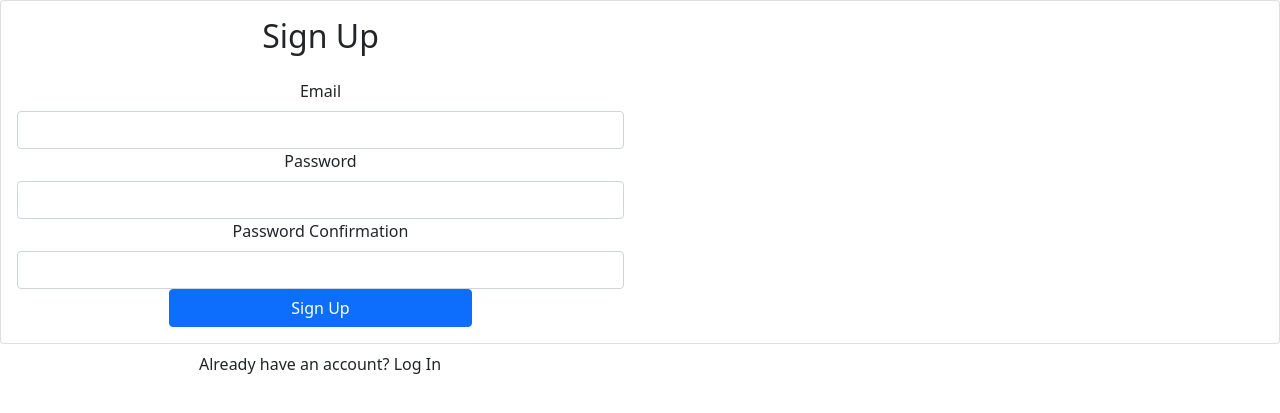
Repository: carinvid/reach-eshop
Page: /signup
An editor plug-in stored every save of this project. The page is shown before and after the next save, followed by the edit.
The browser window is 1280 px wide. The pictures show the whole page.
The page's requests for data from a server got no answer. The project was rebuilt for these pictures with package versions that can differ from the ones it lists, and the page was loaded fresh each time. No one was signed in, and anything a server would have sent is missing. Also part of the build but not shown: src/Header.css, src/Header.js, src/Home.css, src/Product.css, src/Product.js, src/Home.js, src/Checkout.css, src/CheckoutProduct.css and 7 more.

Above is the page before, as saved 2022-04-06 15:25:04.

After the next save:
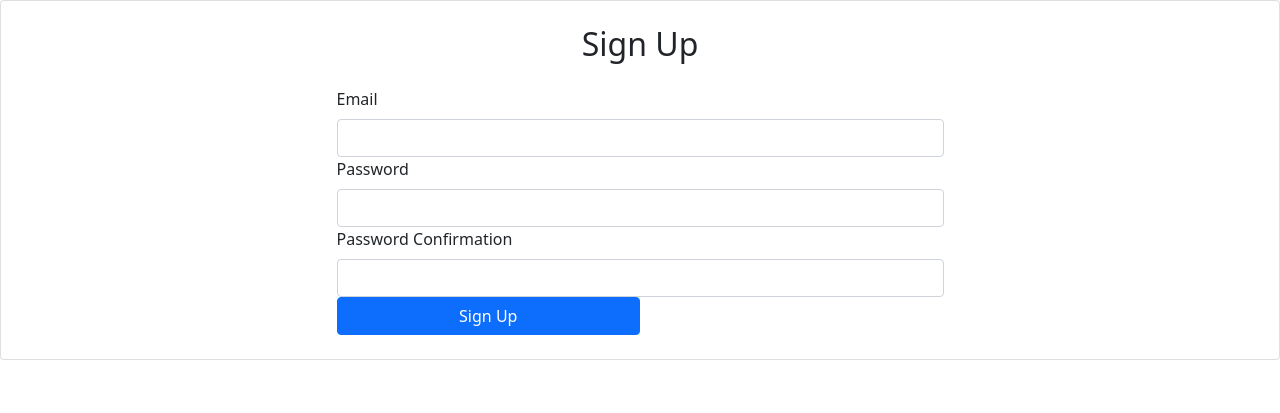
Saved 9 min 15 s later.
--- a/src/Signup.js
+++ b/src/Signup.js
@@ -9,7 +9,7 @@ export default function Signup() {
 
   return (
     <>
-    <Card className="text-center">
+    <Card className="navbar navbar-expand-lg navbar-light fixed-top">
         <Card.Body className="w-50">
             <h2 className="text-center mb-4">Sign Up</h2>
             <Form >
